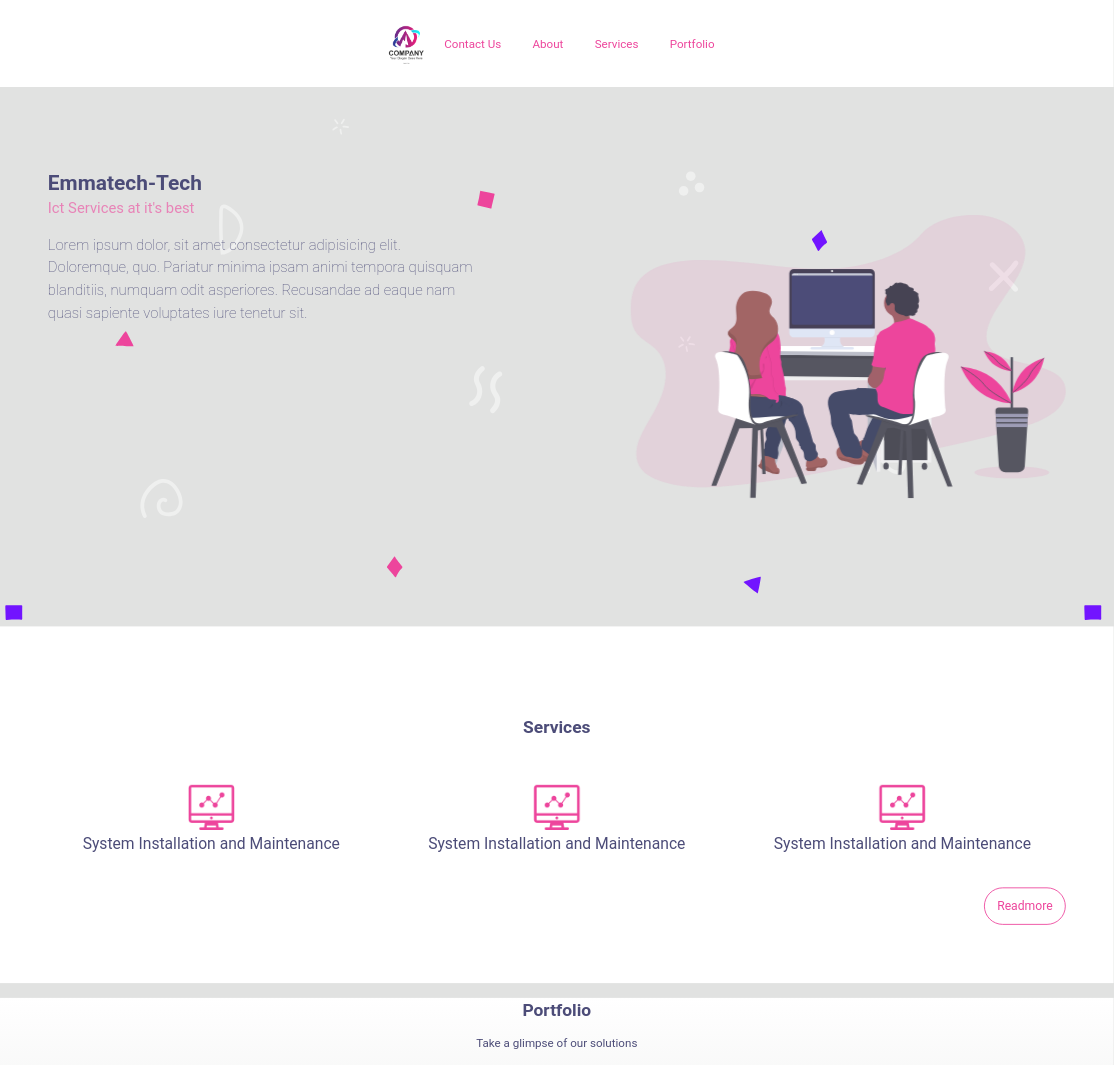
Repository: wisdomspine/emmatech-website
Page: index.html
These files come from the project's save history. The page is drawn as it stood at one moment and after the next save; the edit follows.
The browser window is 1280 px wide. The pictures show the part of the page from y = 0 to 1224 px (the page is 1538 px tall before and 1556 px after), at 87% of full size.
A picture or video elsewhere on the page could not be fetched, so the positions and the page height are approximate.

Above is the page before, as saved 2020-10-28 10:27:43.

### index.html
<!DOCTYPE html>
<html lang="en">

<head>
    <meta charset="UTF-8">
    <meta name="viewport" content="width=device-width, initial-scale=1.0 max-scale=1.0">
    <title>Emmatech ICT</title>
    <link rel="stylesheet" href="./assets/styles/styles.css">
    <link rel="stylesheet" href="./assets/styles/home-slide.css">
    <link rel="stylesheet" href="./assets/styles/index.css">
</head>

<body>
    <header class="header">
        <div class="container">
            <img src="./assets/images/logo.png" alt="">
            <nav>
                <ul>
                    <li>
                        <a href="#">Contact Us</a>
                    </li>
                    <li>
                        <a href="#">About</a>
                    </li>
                    <li>
                        <a href="#">Services</a>
                    </li>
                    <li>
                        <a href="#">Portfolio</a>
                    </li>
                </ul>
            </nav>
        </div>
    </header>

    <section class="home-slide">
        <div>
            <div class="container">
                <article>
                    <header>
                        <h1>Emmatech-Tech</h1>
                        <h2>Ict Services at it's best</h2>
                    </header>
                    <p>
                        Lorem ipsum dolor, sit amet consectetur adipisicing elit. Doloremque, quo. Pariatur minima ipsam
                        animi tempora quisquam blanditiis, numquam odit asperiores. Recusandae ad eaque nam quasi
                        sapiente voluptates iure tenetur sit.

                    </p>
                </article>
                <img src="./assets/images/slide/slide1.svg" alt="">
            </div>
        </div>
        <div>
            <div class="container">
                <article>
                    <header>
                        <h1>Emmatech-Tech</h1>
                        <h2>Ict Services at it's peak</h2>
                    </header>
                    <p>
                        Lorem ipsum dolor, sit amet consectetur adipisicing elit. Doloremque, quo. Pariatur minima ipsam
                        animi tempora quisquam blanditiis, numquam odit asperiores. Recusandae ad eaque nam quasi
                        sapiente voluptates iure tenetur sit.

                    </p>
                </article>
                <div>
                    <img src="./assets/images/slide/slide2.svg" alt="">
                </div>
            </div>
        </div>
        <div>
            <div class="container">
                <article>
                    <header>
                        <h1>Emmatech-Tech</h1>
                        <h2>Ict Services at it's great</h2>
                    </header>
                    <p>
                        Lorem ipsum dolor, sit amet consectetur adipisicing elit. Doloremque, quo. Pariatur minima ipsam
                        animi tempora quisquam blanditiis, numquam odit asperiores. Recusandae ad eaque nam quasi
                        sapiente voluptates iure tenetur sit.

                    </p>
                </article>
                <div>
                    <img src="./assets/images/slide/slide3.svg" alt="">
                </div>
            </div>
        </div>
    </section>
    <section class="service-section">
        <div class="container">
            <h2 class="text-center">
                Services
            </h2>
            <div class="home-services">
                <figure>
                    <img src="./assets/images/systme-installation.png" alt="">
                    <figcaption>
                        System Installation and Maintenance
                    </figcaption>
                </figure>
                <figure>
                    <img src="./assets/images/systme-installation.png" alt="">
                    <figcaption>
                        System Installation and Maintenance
                    </figcaption>
                </figure>
                <figure>
                    <img src="./assets/images/systme-installation.png" alt="">
                    <figcaption>
                        System Installation and Maintenance
                    </figcaption>
                </figure>
            </div>

            <a href="#" class="button outline accent readmore">
                Readmore
            </a>
        </div>
    </section>
    <section class="home-portfolio">
        <div class="container">
            <header>
                <h2 class="text-center">
                    Portfolio
                </h2>
                <p class="text-center">
                    Take a glimpse of our solutions
                </p>
            </header>
            <div class="content">
                <figure>
                    <img src="https://images.unsplash.com/photo-1557597774-9d273605dfa9?ixlib=rb-1.2.1&ixid=eyJhcHBfaWQiOjEyMDd9&auto=format&fit=crop&w=500&q=80&h=500"
                        alt="">
                    <figcaption>
                        <h3>Installation of CCTV cameras in TA'AL E-Library</h3>
                        <a href="#" class="button filled accent">View Case</a>
                    </figcaption>
                </figure>
                <figure>
                    <img src="https://images.unsplash.com/photo-1557597774-9d273605dfa9?ixlib=rb-1.2.1&ixid=eyJhcHBfaWQiOjEyMDd9&auto=format&fit=crop&w=500&q=80&h=500"
                        alt="">
                    <figcaption>
                        <h3>Installation of CCTV cameras in TA'AL E-Library</h3>
                        <a href="#" class="button filled accent">View Case</a>
                    </figcaption>
                </figure>
                <figure>
                    <img src="https://images.unsplash.com/photo-1557597774-9d273605dfa9?ixlib=rb-1.2.1&ixid=eyJhcHBfaWQiOjEyMDd9&auto=format&fit=crop&w=500&q=80&h=500"
                        alt="">
                    <figcaption>
                        <h3>Installation of CCTV cameras in TA'AL E-Library</h3>
                        <a href="#" class="button filled accent">View Case</a>
                    </figcaption>
                </figure>
                <figure>
                    <img src="https://images.unsplash.com/photo-1557597774-9d273605dfa9?ixlib=rb-1.2.1&ixid=eyJhcHBfaWQiOjEyMDd9&auto=format&fit=crop&w=500&q=80&h=500"
                        alt="">
                    <figcaption>
                        <h3>Installation of CCTV cameras in TA'AL E-Library</h3>
                        <a href="#" class="button filled accent">View Case</a>
                    </figcaption>
                </figure>
            </div>
        </div>
    </section>
</body>
<script>
    const divs = document.querySelectorAll(".home-slide > div");
    let current = 0;
    divs.forEach(e => {
        e.style.display = "none";
    })
    divs[(current++) % divs.length].style.display = "block";
    setInterval(function () {
        divs.forEach(e => {
            e.style.display = "none";
        })
        divs[(current++) % divs.length].style.display = "block";
    }, 10000)
</script>

</html>

### assets/styles/styles.css
@import "./preset.css";
@import "./page-header.css";

.container {
  max-width: 1170px;
  margin-left: auto;
  margin-right: auto;
}

.text-center{
  text-align: center;
}

.button{
  font-size: 14px;
  line-height: 21px;
  padding: 10px  14px;
  border-radius: 100px;
}

.button.filled.accent{
  background-color: var(--accent-color);
  color: white;
}

.button.outline.accent{
  border-color: var(--accent-color);
  border-width: 1px;
  border-style: solid;
  color: var(--accent-color);
}

### assets/styles/home-slide.css
@import "./variables.css";

@keyframes slide-article {
  0% {
    opacity: 0;
    position: relative;
    top: -90px;
    left: -150px;
  }

  5.5% {
    opacity: 1;
    position: relative;
    top: 0px;
    left: 0px;
  }

  90.8% {
    opacity: 1;
    position: relative;
    top: 0px;
    left: 0px;
  }

  100% {
    opacity: 0;
    position: relative;
    top: 90px;
    left: -150px;
  }
}

@keyframes slide-img {
  0% {
    opacity: 0;
    position: relative;
    top: 350px;
  }

  5.5% {
    opacity: 1;
    position: relative;
    top: 0px;
  }

  90.8% {
    opacity: 1;
    position: relative;
    top: 0px;
  }

  100% {
    opacity: 0;
    position: relative;
    top: 350px;
  }
}


.home-slide {
  height: calc(100vh - var(--header-height));
  overflow: hidden;
  background: url("../images/Confetti-Doodles.svg");
  background-size: contain;
}

.home-slide>div {
  height: 100%;
}

.home-slide>div .container {
  height: 100%;
}

.home-slide .container {
  display: flex;
  flex-flow: row nowrap;
  align-items: center;
  justify-content: space-between;
}

.home-slide .container img {
  max-width: 500px;
  animation-name: slide-img;
  animation-duration: var(--slide-animation-duration);
}

.home-slide .container article {
  max-width: 500px;
  align-self: flex-start;
  margin-top: 70px;
}

.home-slide .container article h1 {
  font-size: 24px;
  margin-bottom: 0px;
}

.home-slide .container article h2 {
  margin-top: 0px;
  opacity: 0.6;
  font-weight: 400;
  font-size: 17px;
  color: var(--accent-link-color);
}

.home-slide .container article {}

.home-slide .container article:not(:hover) {
  animation-name: slide-article;
  animation-duration: var(--slide-animation-duration);
}

.home-slide .container article p {
  font-size: 17px;
  font-weight: lighter;
  line-height: 26px;
}

### assets/styles/index.css
@import "./variables.css";

.service-section{
    background-color:white;
    padding-top: 84px;
    padding-bottom: 134px;
}

.home-services{
    display: flex;
    flex-flow: row nowrap;
    justify-content: space-between;
    align-items: flex-start;
    margin-top: 30px;;
}

.home-services figure{
    display: flex;
    flex-flow: column nowrap;
    align-items: center;
}

.home-services figure figcaption{
    font-size: 18px;
    line-height: 27px;
}

.service-section .readmore{
    float: right;
    margin-top: 24px;
}

.home-portfolio .content{
    display: flex;
    flex-direction: row;
    flex-wrap: nowrap;
    justify-content: space-between;
    overflow-x: hidden;
    height: 250px;
    margin-left: -20px;
}
.home-portfolio .content figure{
    height: 100%;
    position: relative;
    margin: 0px;
    margin-left: 30px;
}

.home-portfolio .content figure img{
    max-height: 100%;
}

.home-portfolio {
    /* padding-top: 44px; */
    padding-bottom: 44px;
    background: linear-gradient(to bottom, white, var(--bg-color));
}

.home-portfolio header>p{
    margin-bottom: 34px;
}

.home-portfolio .content figure figcaption{
    height: 100%;
    position: absolute;
    top: 0;
    display: flex;
    flex-flow: column;
    flex-wrap: nowrap;
    justify-content: center;
    padding: 14px;
    backdrop-filter: brightness(40%);
    align-items: center;

}

.home-portfolio .content figure figcaption h3{
    color: #ffffff;
    text-align: center;
    line-height: 1.8;
}

### assets/styles/preset.css
/* @font-face {
  font-family: "Roboto";
  src: "../fonts/Roboto /Roboto-Regular.ttf";
} */
@import "./variables.css";

* {
  box-sizing: border-box;
  text-rendering: optimizeLegibility;
  -webkit-font-smoothing: antialiased;
  -moz-osx-font-smoothing: grayscale;
  font-kerning: auto;
  color: var(--text-color);
}

html {
  font-size: 10pt;
  line-height: 1.4;
  font-weight: 400;
  font-family: "Roboto";
  -webkit-text-size-adjust: 100%;
}

body {
  margin: 0;
  background-color: var(--bg-color);
}

a,
a:hover,
a:active,
a:focus {
  text-decoration: none;
}

### assets/styles/page-header.css
@import "./variables.css";
.header {
  display: flex;
  flex-flow: row nowrap;
  justify-content: space-between;
  padding: var(--padding-large);
  height: var(--header-height);
  overflow: hidden;
  background-color: var(--card-color);
}

.header .container {
  display: flex;
  flex-flow: row nowrap;
  justify-content: space-between;
}

.header img {
  display: inline-block;
  height: 100%;
}

.header nav ul {
  list-style: none;
  display: flex;
  flex-flow: row nowrap;
  padding: 0;
  margin: 0;
}

.header nav ul li {
  padding: var(--padding-mid);
}

.header nav ul a {
  color: var(--accent-link-color);
}
.header nav ul a:hover {
  opacity: 0.9;
}

### assets/styles/variables.css
:root {
  --bg-color: #e1e2e1;
  --padding-large: 24px;
  --padding-mid: 18px;
  --header-height: 100px;
  --card-color: #ffffff;
  --accent-link-color: #ed459c;
  --accent-color: #ed459c;

  --text-color: #4C4C78;
  --slide-animation-duration: 10s;
}

Loaded but not shown: assets/images/slide/slide1.svg (1 lines, source omitted)

After the next save:
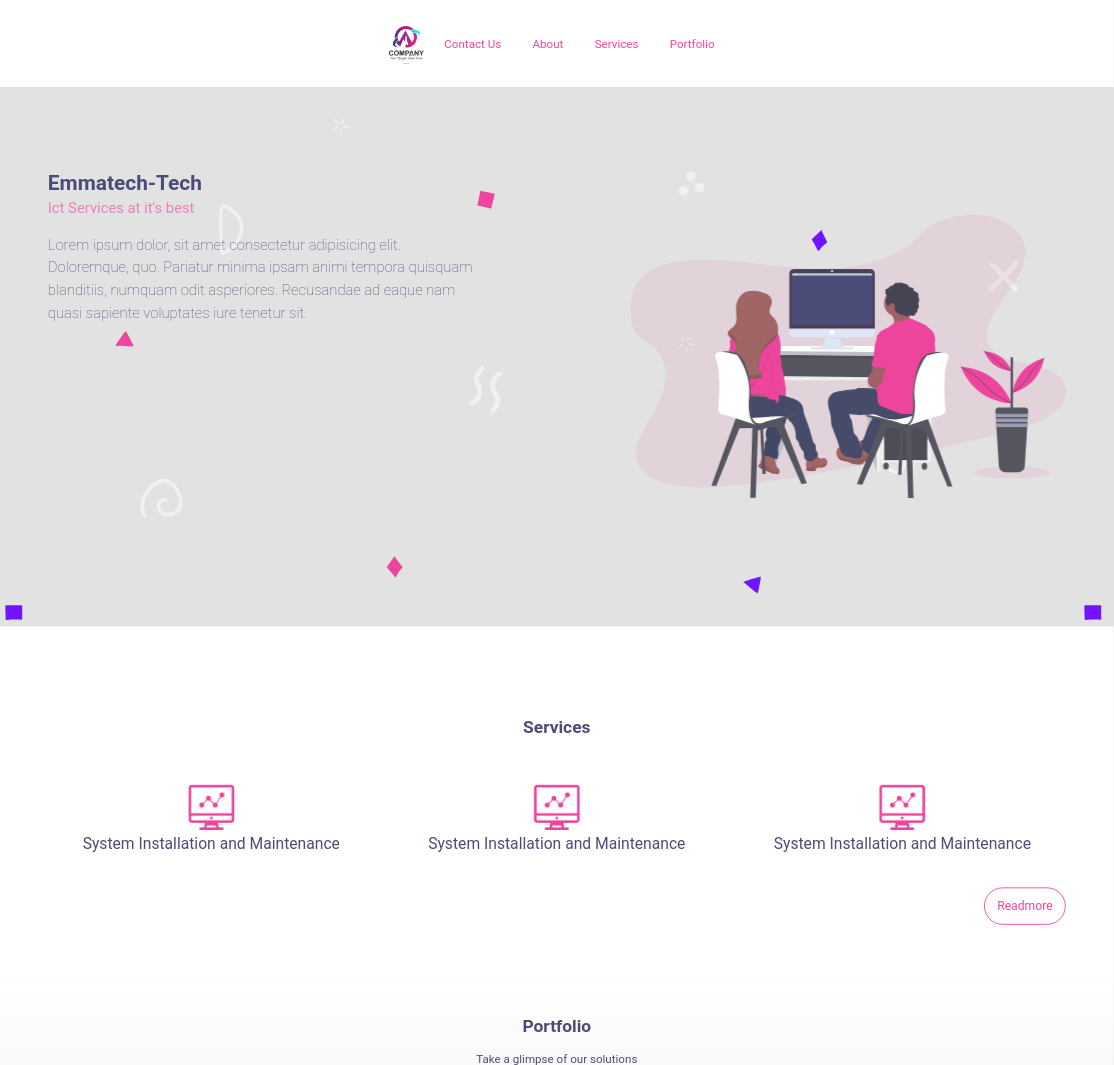
Saved 34 s later.
--- a/assets/styles/index.css
+++ b/assets/styles/index.css
@@ -51,7 +51,7 @@
 }
 
 .home-portfolio {
-    /* padding-top: 44px; */
+    padding-top: 18px;
     padding-bottom: 44px;
     background: linear-gradient(to bottom, white, var(--bg-color));
 }
